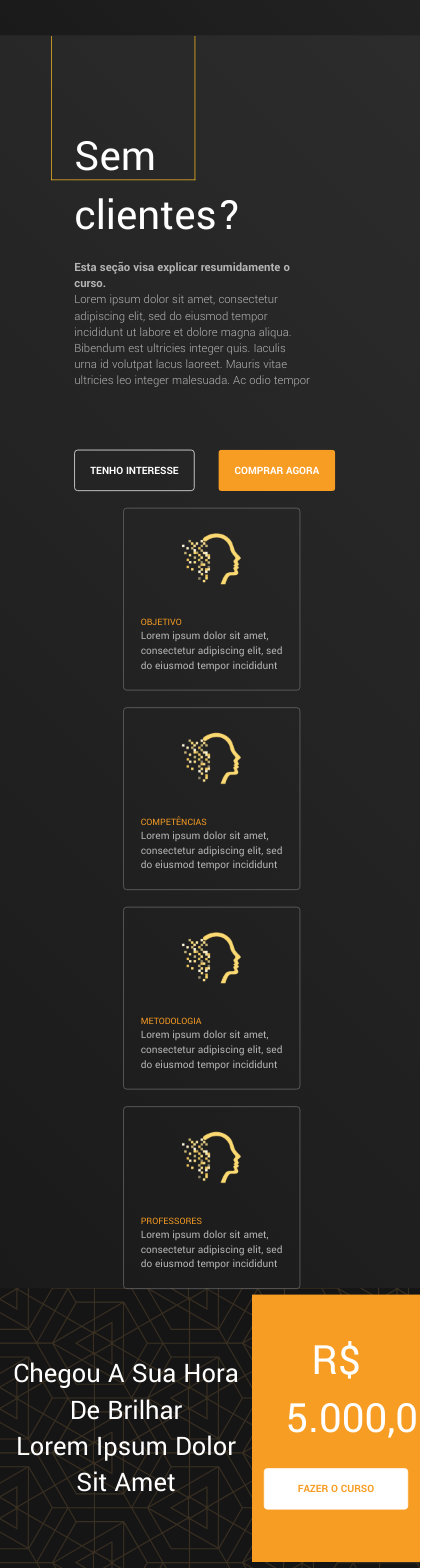
Repository: Rafael-Araujo-dev/Treinamento-Raccoon
Page: Projeto-2/index.html
An editor plug-in stored every save of this project. The page is shown before and after a run of saves, followed by the edit.
The browser window is 600 px wide. The page is 630 px wide, so the pictures cover 630 px, including what lies to the right of the window. The pictures show the part of the page from y = 749 to 2989 px (the page is 2989 px tall), at 70% of full size.

Above is the page before, as saved 2021-09-23 11:34:51.

### Projeto-2/index.html
<!DOCTYPE html>
<html>
    <head>
        <title></title>
        <meta charset="utf-8"/>
        <meta name="viewport" content="width=device-width,initial-scale=1.0,maximum-scale=1.0">
        <link rel="preconnect" href="https://fonts.googleapis.com">
        <link rel="preconnect" href="https://fonts.gstatic.com" crossorigin>
        <link href="https://fonts.googleapis.com/css2?family=Yantramanav:wght@300;400;700&display=swap" rel="stylesheet">
        <link rel="stylesheet" href="css/style.css"/>
    </head>
    <body>
        <section class="hero-section">
            <div class="hero-header">
                <img class="logo" src="images/LOGOSYNAPSE_simbolo_laranja.png"/>
            </div>
            <div class="hero-container">
                <div class="hero-title">
                    Lorem ipsum dolor sit amet,<br>
                    consectetur adipiscing elit
                </div>
                <div class="hero-text">
                    Lorem ipsum dolor sit amet, consectetur adipiscing elit, sed do eiusmod tempor incididunt ut labore et dolore
                </div>
            </div>
            <div class="hero-btn-group">
                <button class="btn secondary">
                    Tenho interesse
                </button>
                <button class="btn primary">
                    Comprar agora
                </button>
            </div>
        </section>

        <section class="course-summary">
            <div class="container">
                <div class="col m">
                    <span class="rectangule"></span>
                    <span class="title">
                        Sem<br>clientes?
                    </span>
                    <div class="text">
                        <strong>Esta seção visa explicar resumidamente o curso.</strong>
                        <br>
                        Lorem ipsum dolor sit amet, consectetur adipiscing elit, sed do eiusmod tempor incididunt ut labore et dolore magna aliqua. Bibendum est ultricies integer quis. Iaculis urna id volutpat lacus laoreet. Mauris vitae ultricies leo integer malesuada. Ac odio tempor
                    </div>
                    <div class="btn-group">
                        <button class="btn secondary">
                            Tenho interesse
                        </button>
                        <button class="btn primary">
                            Comprar agora
                        </button>
                    </div>
                </div>
                <div class="col l">
                    <div class="card-container">
                        <div class="card-item">
                            <div class="container">
                                <div class="card-image">
                                    <img src="./images/Oratória Digital Logo-1.png"/>
                                </div>
                                <div class="card-description">
                                    <div class="card-title">
                                        Objetivo
                                    </div>
                                    <div class="card-text">
                                        Lorem ipsum dolor sit amet, consectetur adipiscing elit, sed do eiusmod tempor incididunt
                                    </div>
                                </div>
                            </div>
                        </div>
                        <div class="card-item">
                            <div class="container">
                                <div class="card-image">
                                    <img src="./images/Oratória Digital Logo-1.png"/>
                                </div>
                                <div class="card-description">
                                    <div class="card-title">
                                        Competências
                                    </div>
                                    <div class="card-text">
                                        Lorem ipsum dolor sit amet, consectetur adipiscing elit, sed do eiusmod tempor incididunt
                                    </div>
                                </div>
                            </div>
                        </div>
                        <div class="card-item">
                            <div class="container">
                                <div class="card-image">
                                    <img src="./images/Oratória Digital Logo-1.png"/>
                                </div>
                                <div class="card-description">
                                    <div class="card-title">
                                        Metodologia
                                    </div>
                                    <div class="card-text">
                                        Lorem ipsum dolor sit amet, consectetur adipiscing elit, sed do eiusmod tempor incididunt
                                    </div>
                                </div>
                            </div>
                        </div>
                        <div class="card-item">
                            <div class="container">
                                <div class="card-image">
                                    <img src="./images/Oratória Digital Logo-1.png"/>
                                </div>
                                <div class="card-description">
                                    <div class="card-title">
                                        Professores
                                    </div>
                                    <div class="card-text">
                                        Lorem ipsum dolor sit amet, consectetur adipiscing elit, sed do eiusmod tempor incididunt
                                    </div>
                                </div>
                            </div>
                        </div>
                    </div>
                </div>
                <center>
                    <div class="btn-group mobile">
                        <button class="btn secondary">
                            Tenho interesse
                        </button>
                        <button class="btn primary">
                            Comprar agora
                        </button>
                    </div>
                </center>
            </div>
        </section>

        <section class="take-course">
            <div class="container">
                <div class="text">
                    Chegou a sua hora de brilhar <br>lorem ipsum dolor sit amet
                </div>
                <div class="card">
                    <div class="text">
                        R$ 5.000,00
                    </div>
                    <button class="btn white">
                        Fazer o curso
                    </button>
                </div>
            </div>
        </section>

    </body>
</html>

### Projeto-2/css/style.css
* {
    margin: 0;
    padding: 0;
    box-sizing: border-box;
    font-family: 'Yantramanav', sans-serif;
}

.btn {
    font-size: 20px;
    text-transform: uppercase;
    padding: 18px 22px;
    margin: 0px 15px 24px 15px;
    font-weight: bold;
}

@media (max-width: 890px) {
    .btn {
        font-size: 20px;
    }
}

@media (max-width: 645px) {
    .btn {
        font-size: 17px;
    }
}

@media (max-width: 500px) {
    .btn {
        font-size: 16px;
    }
}

.btn.primary {
    background-color: #F89D24;
    border: 1px solid transparent;
    border-radius: 5px;
    color: #FFF;
}

.btn.secondary {
    background-color: transparent;
    border: 1px solid #FFF;
    border-radius: 5px;
    color: #FFF;
}

.btn.white {
    background-color: #FFFFFF;
    border: 1px solid #FFF;
    border-radius: 5px;
    color: #000;
}

.hero-section {
    background: rgb(26,26,26);
    background: linear-gradient(45deg, rgba(26,26,26,1) 0%, rgba(44,44,44,1) 100%);
    min-height: 100vh;
    display: flex;
    flex-direction: column;
    justify-content: space-around;
}

.hero-header .logo {
    margin-left: 3.15%;
    margin-top: 2%;
    width: 12.1%;
    max-width: 100px;
}

.hero-container {
    position: relative;
    margin: auto;
    display: flex;
    flex-direction: column;
    flex-wrap: wrap;
}

@media (max-width: 1240px) {
    .hero-container {
        width: 60%;
    }
}

@media (max-width: 1028px) {
    .hero-container {
        width: 70%;
    }
}

@media (max-width: 890px) {
    .hero-container {
        width: 80%;
    }
}

.hero-title, .hero-text {
    color: #FFFFFF;
    text-align: center;
}

.hero-title {
    font-size: 54px;
    /* margin-top: 15.5vh; */
    text-transform: capitalize;
}

@media (max-width: 890px) {
    .hero-title {
        /* margin-top: 14%; */
        font-size: 45px;
    }
}

@media (max-width: 645px) {
    .hero-title {
        /* margin-top: 8%; */
        font-size: 40.5px;
    }
}

@media (max-width: 500px) {
    .hero-title {
        /* margin-top: 0%; */
    }
}

.hero-text {
    color: #B5B5B5;
    font-size: 18px;
    width: 60%;
    margin-top: 1.8vh;
    line-height: 30px;
    align-self: center;
    margin-bottom: 35px;
}

@media (max-width: 1024px) {
    .hero-text {
        width: 80%;
    }
}

@media (max-width: 890px) {
    .hero-text {

        font-size: 15px;
        width: 50%;
    }
}

@media (max-width: 645px) {
    .hero-text {

        font-size: 13.5px;
        width: 80%;
    }
}

@media (max-width: 500px) {
    .hero-text {
        /* margin-top: 5%; */
        width: 100%;
    }
}

.hero-btn-group {
    margin-bottom: 22.5vh;
    text-align: center;
}

.course-summary {
    background: rgb(26,26,26);
    background: linear-gradient(45deg, rgba(26,26,26,1) 0%, rgba(44,44,44,1) 100%);
    min-height: 100vh;
    padding-top: 18.6vh;
    margin-top: -1px;
}

@media (max-width: 450px) {
    .course-summary {
        padding-top: 6.5vh;
    }
}

.course-summary .container {
    position: relative;
    margin: auto;
    display: flex;
    justify-content:center;
    flex-wrap: wrap;
}

.course-summary .col {
    display: flex;
}

.course-summary .col.m {
    display: flex;
    flex-direction: column;
}

.course-summary .col.l {
    margin-left: 5vw;
}

.course-summary .col .rectangule {
    position: absolute;
    margin-top: -18.5vh;
    margin-left: -5.5vw;
    border: 1px solid #FEC024;
    border-top: none;
    width: 206px;
    height: 206px;
}

.course-summary .col .title {
    font-size: 64px;
    color: #FFFFFF;
    margin-top: -2vh;
}

@media (max-width: 450px) {
    .course-summary .col .rectangule {
        margin-top: -6.5vh;
        margin-left: 3.8vw;
        width: 110px;
        height: 110px;
    }

    .course-summary .col .title {
        font-size: 48px;
        margin-left: 24px;
        margin-top: 1vh;
    }
}

.course-summary .col .text {
    font-size: 18px;
    color: #B5B5B5;
    font-weight: 300;
    max-width: 337px;
    margin-top: 2.6vh;
}

@media (max-width: 450px) {
    .course-summary .col .text {
        font-size: 13.5px;
        max-width: 85%;
        line-height: 25px;
        align-self: center;
    }
}

.course-summary .col .btn-group {
    margin-top: 11vh;
    margin-left: -15px;
}

.course-summary .btn-group.mobile {
    display: none;
    margin-top: 36px;
}

@media (max-width: 450px) {
    .course-summary .col .btn-group {
        display: none;
    }

    .course-summary .btn-group.mobile {
        display: inherit;
    }
}

.course-summary .col .btn-group .btn {
    font-size: 16px;
}

.course-summary .card-container {
    display: grid;
    grid-template-columns: repeat(2, 1fr);
    grid-template-rows: repeat(2, 1fr);
    grid-column-gap: 2vw;
    grid-row-gap: 3vh;
}

@media(max-width: 650px) {
    .course-summary .card-container {
        grid-template-columns: repeat(1, 1fr);
        grid-template-rows: repeat(1, 1fr);
        margin-left: -25px;
    }
}

@media(max-width: 450px) {
    .course-summary .card-container {
        margin-top: 50px;
    }
}

@media(max-width: 300px) {
    .course-summary .card-container {
        margin-left: -10px;
    }
}

.course-summary .card-item {
    border: 1px solid #6E6E6E;
    border-radius: 5px;
    max-width: 253px;
}

.course-summary .card-item .container {
    text-align: center;
    margin: 24px;
    padding: 0;
}

.course-summary .card-item .card-description {
    text-align: left;
}

.course-summary .card-item .card-title {
    font-size: 14px;
    color: #F89D24;
    text-transform: uppercase;
    margin-top: 3.5vh;
}

.course-summary .card-item .card-text {
    font-size: 16px;
    color: #B5B5B5;
}

.take-course {
    background-color: #191919;
    background-image: url('../images/Grupo\ 34.svg');
    height: 400px;
    margin-top: -1px;
}

.take-course .container{
    background-color: rgba(20,20,20,0.7);
}

.take-course .container {
    height: 100%;
    display: flex;
    flex-direction: row;
    justify-content: end;
    align-items: center;
    padding-right: 0;
    flex-wrap: wrap;
}

.take-course .container .text {
    font-size: 54px;
    color: #FFFFFF;
    text-align: center;
    width: 60%;
    text-transform: capitalize;
}

@media(max-width: 650px) {
    .take-course .container .text {
        font-size: 40.5px;
    }
}

.take-course .container .card {
    display: flex;
    flex-direction: column;
    align-items: center;
    background-color:#F89D24;
    width: 40%;
    padding-top: 53px;
    padding-bottom: 75px;
}

.take-course .container .card .btn {
    margin: 0;
    margin-top: 29px;
    padding-left: 48px;
    padding-right: 48px;
    font-size: 16px;
    color: #F89D24;
}

.take-course .container .card .text {
    font-weight: normal;
    font-size: 64px;
}

After the next 3 saves:
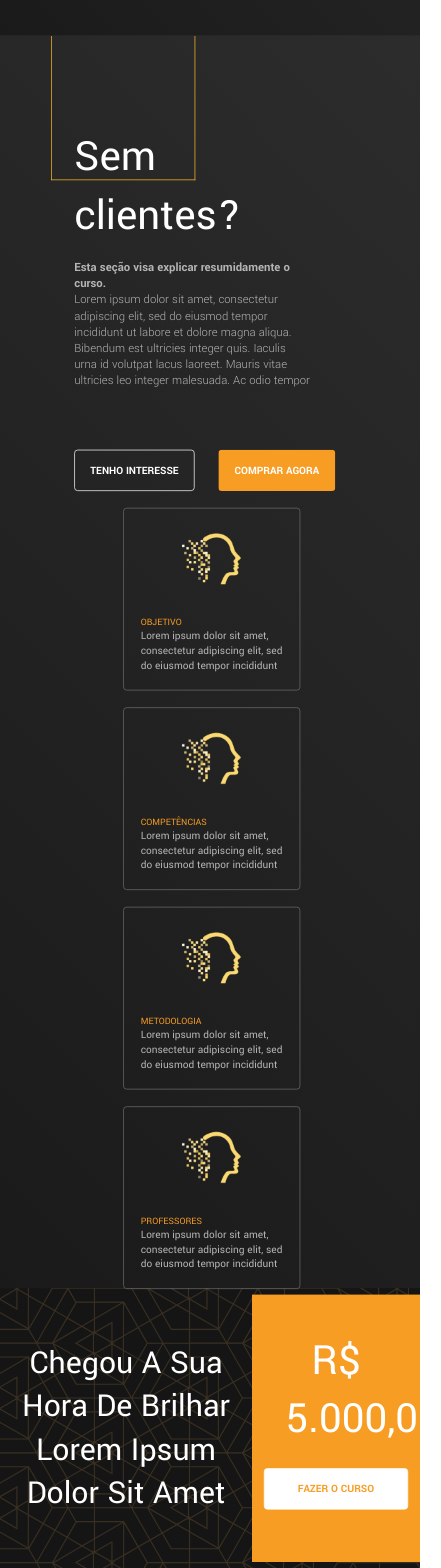
The 3 saves are shown as one change because they came seconds apart.
The last was saved 11 s later.
--- a/Projeto-2/css/style.css
+++ b/Projeto-2/css/style.css
@@ -390,3 +390,9 @@
     font-weight: normal;
     font-size: 64px;
 }
+
+@media(max-width: 650px) {
+    .take-course .container .text {
+        font-size: 48px;
+    }
+}
